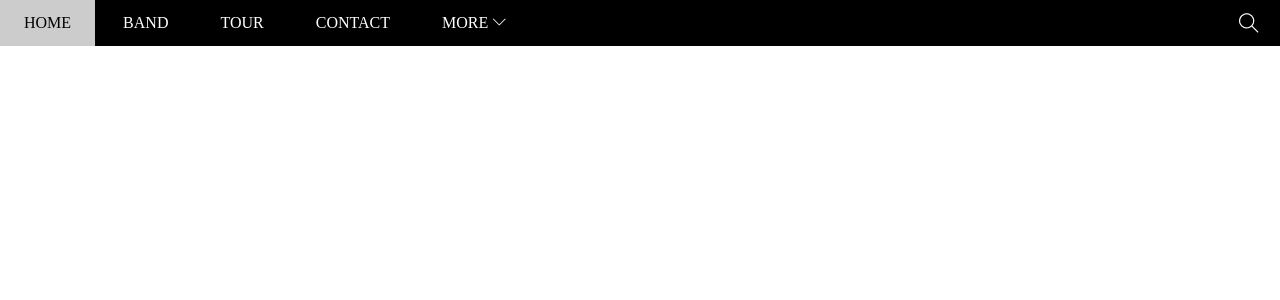
Repository: quochung2k3/Web-Team
Page: index.html
The author's editor kept a copy of each file at every save. The page is drawn from the files as they stood at one save, then again after the next save.
The browser window is 1280 px wide. The pictures show the whole page.
The pointer rests on the first visible `#header .search-icon`.

Above is the page before, as saved 2023-08-04 10:02:13.

### index.html
<!DOCTYPE html>
<html lang="en">
<head>
    <meta charset="UTF-8">
    <meta name="viewport" content="width=device-width, initial-scale=1.0">
    <title>Web The Band</title>
    <link rel="stylesheet" href="./assets/css/style.css">
    <link rel="stylesheet" href="./assets/fonts/themify-icons/themify-icons.css">
</head>
<body>
    <div id="wrapper">
        <div id="header">
            <ul id="nav">
                <li><a href="">Home</a></li>
                <li><a href="">Band</a></li>
                <li><a href="">Tour</a></li>
                <li><a href="">Contact</a></li>
                <li>
                    <a href="">
                        More
                        <i class="nav-arrow-down ti-angle-down"></i>
                    </a>
                    <ul class="subnav">
                        <li><a href="">Merchandise</a></li>
                        <li><a href="">Extras</a></li>
                        <li><a href="">Media</a></li>
                    </ul>
                </li>
            </ul>
            <div class="search-button">
                <i class="search-icon ti-search"></i>
            </div>
        </div>

        <div id="slider">

        </div>

        <div id="content">

        </div>

        <div id="footer">

        </div>
    </div>
</body>
</html>

### assets/css/style.css
* {
    margin: 0;
    padding: 0;
    box-sizing: border-box;
}

.html {
    font-family: Arial, Helvetica, sans-serif;
}

#wrapper {

}

#header {
    background-color: #000;
    height: 46px;
}

#nav {
    display: inline-block;
}

#nav .subnav {
    list-style-type: none;
}

#nav > li {
    display: inline-block;
}

#nav li {
    position: relative;
}

#nav > li > a {
    color: #fff;

    text-transform: uppercase;
}

#nav li a {
    text-decoration: none;
    line-height: 46px;
    padding: 0 24px;
    display: block;
}

#nav li:hover .subnav {
    display: block;
}

#nav > li:hover > a,
#nav .subnav li:hover a {
    background-color: #ccc;
    color: #000;
}

#nav .subnav {
    display: none;
    min-width: 160px;
    top: 100%;
    left: 0;
    position: absolute;
    background-color: #fff;
    box-shadow: 0 0 10px rgba(0, 0, 0, 0.3);
}

#nav .subnav a {
    color: #000;
    padding: 0 12px;
    line-height: 38px;
}

#nav .nav-arrow-down {
    font-size: 14px;
}

#header .search-button {
    float: right;
    padding: 0 21px;
}

#header .search-icon {
    color: #fff;
    font-size: 20px;
    line-height: 46px;
}

#slider {

}

#content {

}

#footer {

}

Loaded but not shown: assets/fonts/themify-icons/themify-icons.css (common file)

After the next save:
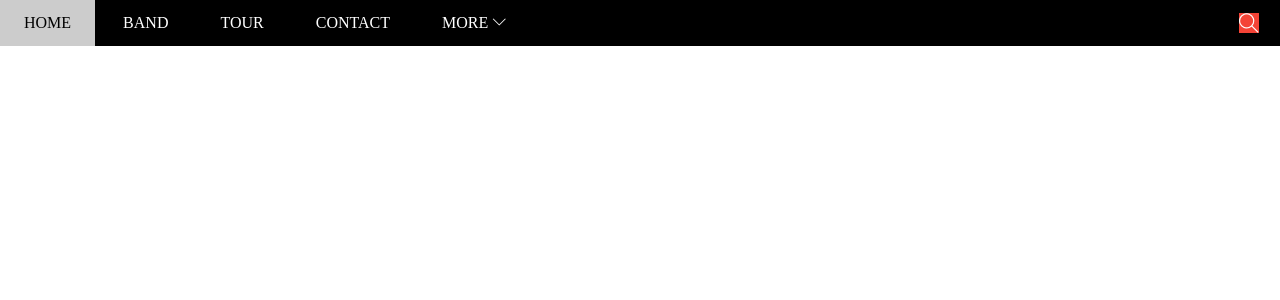
Saved 105 s later.
--- a/assets/css/style.css
+++ b/assets/css/style.css
@@ -87,6 +87,10 @@
     line-height: 46px;
 }
 
+#header .search-icon:hover {
+    background-color: #f44336;
+}
+
 #slider {
 
 }
